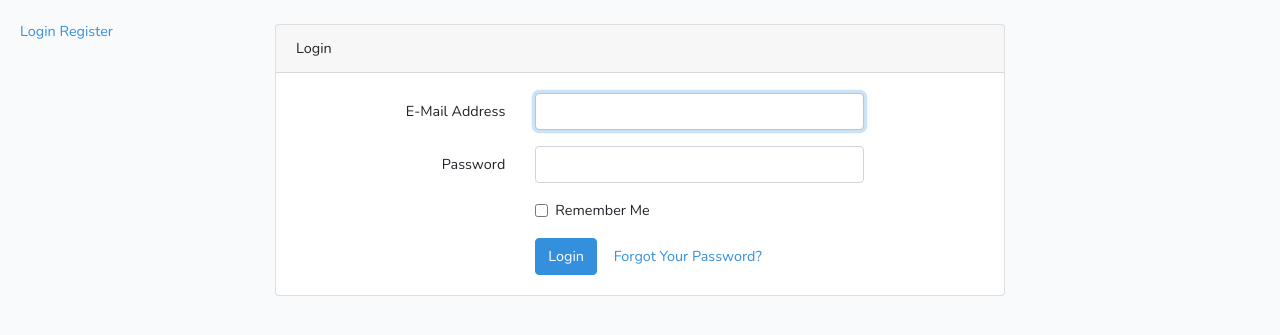
Repository: PatryxB/buildHouse
Page: http://localhost/login
The author's editor kept a copy of each file at every save. The page is drawn from the files as they stood at one save, then again after the next save.
The browser window is 1280 px wide. The pictures show the whole page.
The page is served by the project's Laravel application, run on PHP 8.4 with Laravel 8. Other server files are loaded and not shown. Style sheets and scripts are compiled from the project's sources, by tool versions that may differ from the author's.

Above is the page before, as saved 2020-04-30 20:00:15.

### resources/views/layouts/app.blade.php
<!doctype html>
<html lang="{{ str_replace('_', '-', app()->getLocale()) }}">
<head>
    <meta charset="utf-8">
    <meta name="viewport" content="width=device-width, initial-scale=1">

    <!-- CSRF Token -->
    <meta name="csrf-token" content="{{ csrf_token() }}">

    <title>{{ config('app.name', 'Laravel') }}</title>

    <!-- Scripts -->
    <script src="{{ asset('js/app.js') }}" defer></script>

    <!-- Fonts -->
    <link rel="dns-prefetch" href="//fonts.gstatic.com">
    <link href="https://fonts.googleapis.com/css?family=Nunito" rel="stylesheet">

    <!-- Styles -->
    <link href="{{ asset('css/app.css') }}" rel="stylesheet">
</head>
<body>
    <div id="app">
        <nav>
            @if (Route::has('login'))
                <div class="top-right links">
                    @auth
                        <a href="{{ url('/home') }}">Home</a>
                    @else
                        <a href="{{ route('login') }}">Login</a>

                        @if (Route::has('register'))
                            <a href="{{ route('register') }}">Register</a>
                        @endif
                    @endauth
                </div>
            @endif

        </nav>
        <main class="py-4">
            @yield('content')
        </main>
    </div>
</body>
</html>

### resources/sass/app.scss
// Fonts
@import url('https://fonts.googleapis.com/css?family=Nunito');

// Variables
@import 'variables';

// Bootstrap
@import '~bootstrap/scss/bootstrap';

.banner img{
    width: 100%;
    height: 75vh;
    background-repeat: no-repeat;
    position: relative;
}
nav{
    position: absolute;
    margin: 20px;
  width: auto;
}

Loaded but not shown: routes/web.php (common file); app/Http/Controllers/Auth/LoginController.php (common file); app/Http/Controllers/Controller.php (common file); app/Http/Controllers/Auth/ConfirmPasswordController.php (common file); resources/views/auth/login.blade.php (common file); resources/sass/_variables.scss (common file)

After the next save:
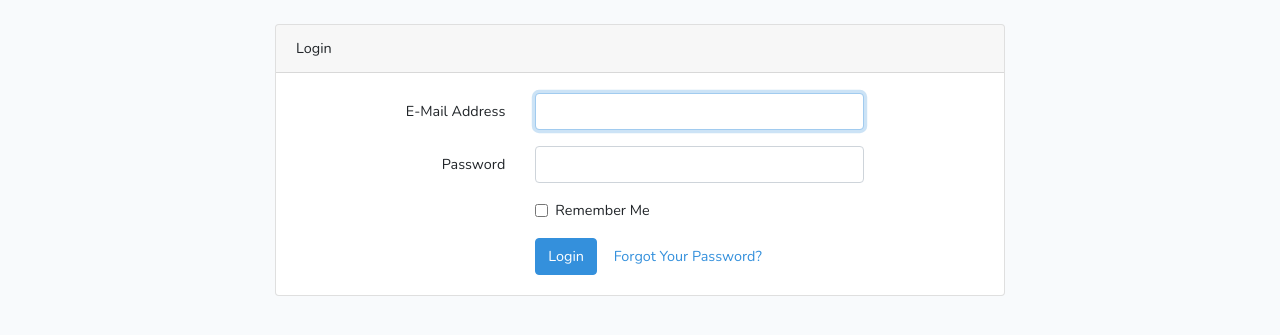
Saved 23 s later.
--- a/resources/sass/app.scss
+++ b/resources/sass/app.scss
@@ -15,6 +15,7 @@
 }
 nav{
     position: absolute;
-    margin: 20px;
-  width: auto;
+    top: 10%;
+    left: 50%;
+    transform: translate(-50%, -50%);
 }
